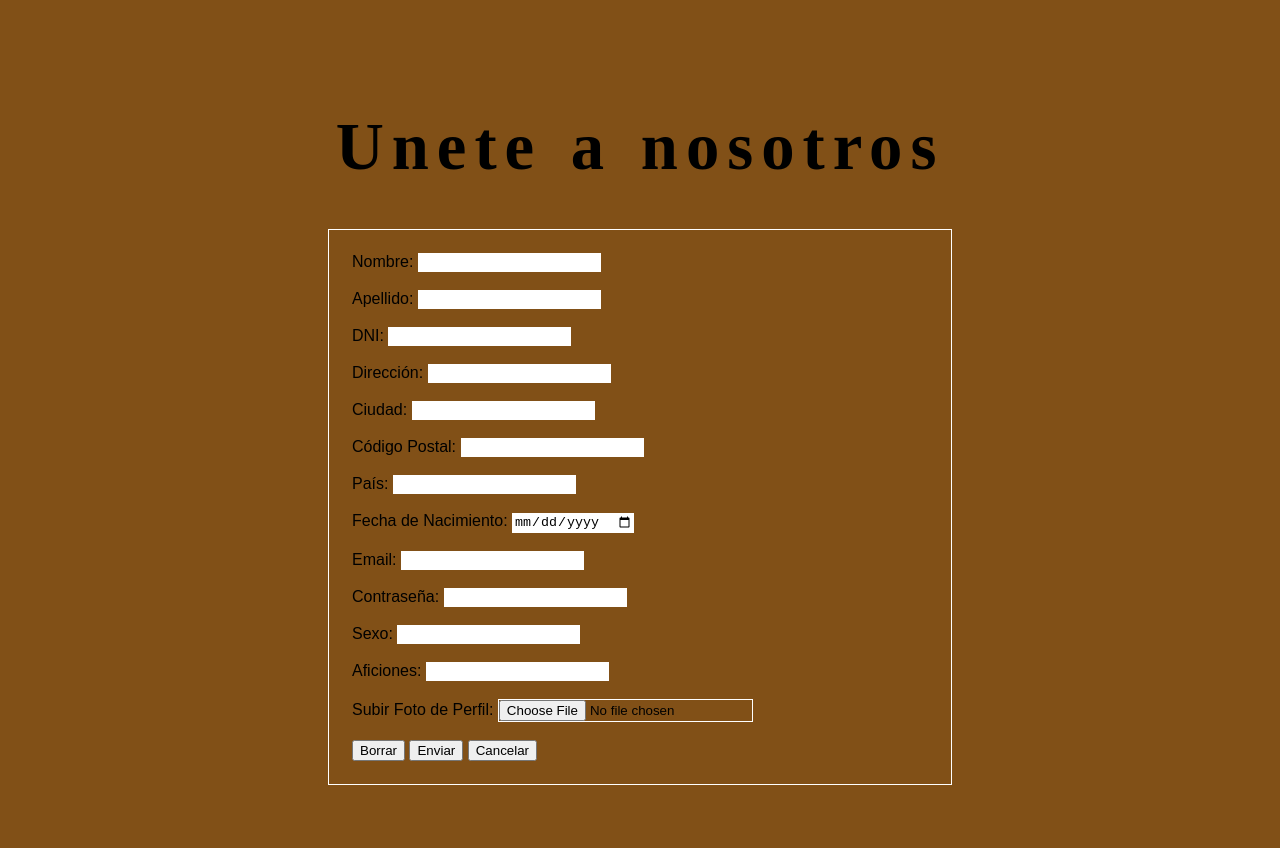
Repository: demoniers/demonIers.github.io
Page: web-lenguajes/src/singin.html
These files come from the project's save history. The page is drawn as it stood at one moment and after the next save; the edit follows.
The browser window is 1280 px wide. The pictures show the whole page.
Some web fonts or font styles are not loaded; a fallback is used.

Above is the page before, as saved 2025-01-24 11:50:33.

### web-lenguajes/src/singin.html
<!DOCTYPE html>
<html lang="es">
<head>
    <meta charset="UTF-8">
    <meta name="viewport" content="width=device-width, initial-scale=1.0">
    <title>Formulario de Registro</title>
    <link rel="stylesheet" href="../style/style.css">
</head>
<body>
    <div class="form">
        <h1 class="titulo-centrado">Unete a nosotros</h1>
        <div class="formulario">
            <form action="../index.html" method="post">
                <label for="nombre">Nombre:</label>
                <input type="text" id="nombre" name="nombre" required><br><br>

                <label for="apellido">Apellido:</label>
                <input type="text" id="apellido" name="apellido" required><br><br>

                <label for="dni">DNI:</label>
                <input type="text" id="dni" name="dni" pattern="[0-9]{8}[A-Z]{1}" required><br><br>

                <label for="direccion">Dirección:</label>
                <input type="text" id="direccion" name="direccion" pattern="C/ .+ nº [0-9]+" required><br><br>

                <label for="ciudad">Ciudad:</label>
                <input type="text" id="ciudad" name="ciudad" required><br><br>

                <label for="cod_postal">Código Postal:</label>
                <input type="text" id="cod_postal" name="cod_postal" list="cod_postal_list" maxlength="5" required>
                <datalist id="cod_postal_list">
                    <option value="28001">
                    <option value="08002">
                    <option value="41003">
                    <option value="50004">
                    <option value="35005">
                </datalist><br><br>

                <label for="pais">País:</label>
                <input type="text" id="pais" name="pais" required><br><br>

                <label for="f_nacimiento">Fecha de Nacimiento:</label>
                <input type="date" id="f_nacimiento" name="f_nacimiento" required><br><br>

                <label for="email">Email:</label>
                <input type="email" id="email" name="email" pattern=".+@[a-z]+\.es" required><br><br>

                <label for="contrasena">Contraseña:</label>
                <input type="password" id="contrasena" name="contrasena" pattern="_[a-z]{7}_[a-z0-9]{5}&[0-9]{2}        " required><br><br>

                <label for="sexo">Sexo:</label>
                <input type="text" id="sexo" name="sexo" required><br><br>

                <label for="aficiones">Aficiones:</label>
                <input type="text" id="aficiones" name="aficiones" list="aficiones_list" required>
                <datalist id="aficiones_list">
                    <option value="Lectura">
                    <option value="Deportes">
                    <option value="Música">
                    <option value="Viajar">
                </datalist><br><br>

                <label for="foto">Subir Foto de Perfil:</label>
                <input type="file" id="foto" name="foto" accept="image/*" required><br><br>

                <button type="reset">Borrar</button>
                <button type="submit">Enviar</button>
                <button type="button" onclick="window.location.href='../index.html'">Cancelar</button>
            </form>
        </div>
    </div>
</body>
</html>

### web-lenguajes/style/style.css
body {
    margin: 0;
    font-family: Arial, sans-serif;
    display: flex;
    flex-direction: column;
    align-items: center;
    background-color: #815017;
}

@font-face {
    font-family: "Overcooked";
    src: url("https://db.onlinewebfonts.com/t/4d9ee5a678d899047a987f0408b4b052.eot");
    src: url("https://db.onlinewebfonts.com/t/4d9ee5a678d899047a987f0408b4b052.eot?#iefix")format("embedded-opentype"),
    url("https://db.onlinewebfonts.com/t/4d9ee5a678d899047a987f0408b4b052.woff2")format("woff2"),
    url("https://db.onlinewebfonts.com/t/4d9ee5a678d899047a987f0408b4b052.woff")format("woff"),
    url("https://db.onlinewebfonts.com/t/4d9ee5a678d899047a987f0408b4b052.ttf")format("truetype"),
    url("https://db.onlinewebfonts.com/t/4d9ee5a678d899047a987f0408b4b052.svg#Overcooked")format("svg");
}
.titulo-centrado {
    font-family: "Overcooked";
    text-align: center;
    word-spacing: 4px;
    letter-spacing: 8px;
    font-size: 50pt;
}
/* menu superior */
.header {
    position: fixed;
    top: 0;
    width: 100%;
    background-color: #57330b;
    color: #d39f64;
    text-align: center;
    padding: 10px 0;
    z-index: 1000;
}

.header nav a {
    margin: 0 15px;
    text-decoration: none;
    font-size: 18px;
}

.header nav ul li {
    display: inline-block;
    position: relative;
}

.logo-r {
    float: left;
    width: 3%;
    margin-left: 2%;
}

nav ul li a {
    display: block;
    padding: 8px 16px;
    text-decoration: none;
    color: #d39f64;
}

nav ul li ul {
    display: none;
    position: absolute;
    top: 100%;
    left: 0;
    box-shadow: 0px 4px 8px rgba(0, 0, 0, 0.3);
}

nav ul li:hover ul {
    display: block;
}
.subitemul {
    text-align: center;
    background-color:#6b43159c;
}
.subitemul:hover {
    background-color: #d39f646c;
    color: #6b4315;
}

/*###############################################################################*/

.container {
    display: grid;
    justify-content: space-between;
    width: 72%;
    margin-bottom: 70px;
}

/* ### CENTRO PAGINA PRINCIPAL ###*/
.content {
    background-image: url("../img/fondo.png");
    background-size: cover;
    background-repeat: no-repeat;
    flex-grow: 1;
    padding: 0;
    display: flex;
}

/* caja central y animacion */
.bienvenida {
    display: flex;
    align-items: center;
    width: 100%;
    padding: 25%;
    margin: 0;
    text-align: center;
    animation-name: agrandar-texto;
    animation-duration: 3s;
    animation-fill-mode: forwards;
}

@keyframes agrandar-texto {
    0% {
        background-color: #00000000;
        color: #d39f6400;
    }

    100% {
        background-color: rgba(0, 0, 0, 0.400);
        color: #d39f64;
    }
}

/* #################################################### */
.bienvenida button {
    background-color: #000000;
    color: #d39f64;
    width: 25%;
    padding: 2%;
    text-align: center;
}

.bienvenida a {
    text-decoration: none;
}

/* Barras laterales*/
.sidebar {
    width: 10%;
    padding: 2%;
    background-color: #815017;
    height: 1000px;
}

.cuerpo {
    color: #d39f64;
}

.caja-publi {
    border: #d39f6486 double 3px;
    margin-top: 35%;
    width: fit-content;
}

.caja-publi img {
    margin-top: 5%;
    width: 95%;
    height: 300px;
}

.derecha {
    position: fixed;
    right: 0%;
}

.izquierda {
    position: fixed;
    left: 0%;
}

.footer {
    background-color: #57330b;
    color: #d39f64;
    text-align: center;
    height: 50px;
    padding: 10px;
    position: fixed;
    bottom: 0;
    width: 100%;
}


/* HORARIO */
table {
    animation: ampli-table forwards 5s;
}
@keyframes ampli-table {
    0% {
        width: 0%;
        margin-right: 0%;
    }
    25% {margin-right:25%;}
    50% {margin-right:50%;}
    75% {margin-right:25%;}
    100% {
        width: 50%;
        margin-right: auto;
    }

}
table {
    margin: auto;
    border-collapse: collapse;
    font-size: 18px;
    text-align: left;
}

th, td {
    padding: 12px;
    border: 1px solid #ddd;
}

th {
    background-color: #f2f2f2;
}

.table-header {
    text-align: center;
    font-size: 24px;
    animation: colorhead forwards 5s;
}
@keyframes colorhead {
    0% {
        background-color: #a0662400;
        color: black
    ;}
    100% {
        background-color: #a06624;
        color: white;
    }

}
.form {
    margin: 5%;
    width: 90%;
}
.Formulario {
    margin: 5%;
    width: 75%;
    border: solid #d39f64 1px;
}

/* ####### FORMULARIO ############ */
.formulario {
    border: solid 1px white;
    margin: auto;
    width: 50%;
    padding: 2%;
}
.formulario input {
    border: solid 1px white;
}

After the next save:
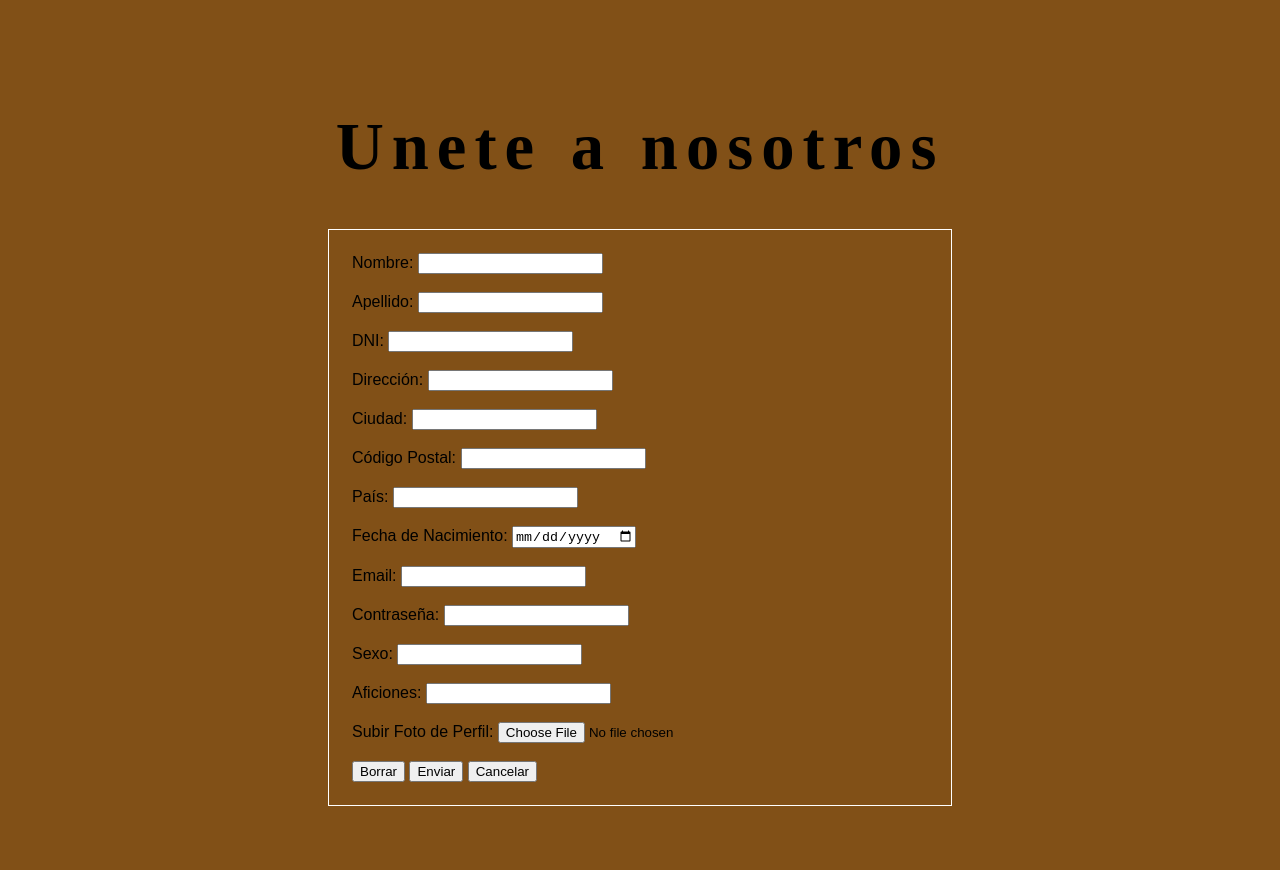
Saved 38 s later.
--- a/web-lenguajes/style/style.css
+++ b/web-lenguajes/style/style.css
@@ -249,6 +249,6 @@ th {
     width: 50%;
     padding: 2%;
 }
-.formulario input {
-    border: solid 1px white;
-}
+.formulario input, .formulario label {
+    margin: auto;
+}
